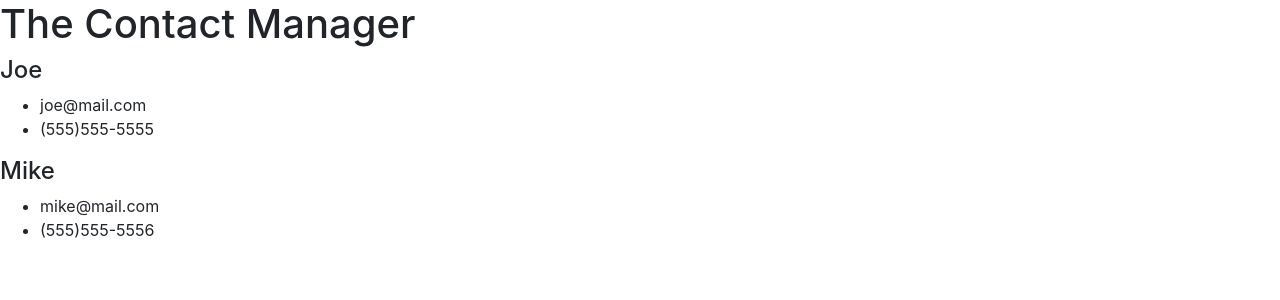
Repository: MikeTroianello/Contact-Manager
Page: /contact/add
These files come from the project's save history. The page is drawn as it stood at one moment and after a run of saves; the edit follows.
The browser window is 1280 px wide. The pictures show the whole page.
The project was rebuilt for these pictures with package versions that can differ from the ones it lists, and the page was loaded fresh each time. Also part of the build but not shown: src/App.css.

Above is the page before, as saved 2019-05-19 00:22:16.

### src/App.js
import React from "react";
import Contact from "./components/Contact";
import Header from "./components/Header";

import "bootstrap/dist/css/bootstrap.min.css";
import "./App.css";

function App() {
  return (
    <div className="App">
      <Header branding="The Contact Manager" />
      <Contact name="Joe" email="joe@mail.com" phone="(555)555-5555" />
      <Contact name="Mike" email="mike@mail.com" phone="(555)555-5556" />
    </div>
  );
}

export default App;

### src/components/Contact.js
import React, { Component } from "react";
import PropTypes from "prop-types";

class Contact extends Component {
  render() {
    const { name, email, phone } = this.props;
    return (
      <div>
        <h4>{name}</h4>
        <ul>
          <li>{email}</li>
          <li>{phone}</li>
        </ul>
      </div>
    );
  }
}

Contact.propTypes = {
  name: PropTypes.string.isRequired,
  email: PropTypes.string.isRequired,
  phone: PropTypes.string.isRequired
};

export default Contact;

### src/components/Header.js
import React from "react";
import PropTypes from "prop-types";

const Header = props => {
  const { branding } = props;
  return (
    <div>
      <h1>{branding}</h1>
    </div>
  );
};

Header.defaultProps = {
  branding: "My App"
};

Header.propTypes = {
  branding: PropTypes.string.isRequired
};

export default Header;

Loaded but not shown: src/index.js (common file); src/serviceWorker.js (common file)

After the next 2 saves:
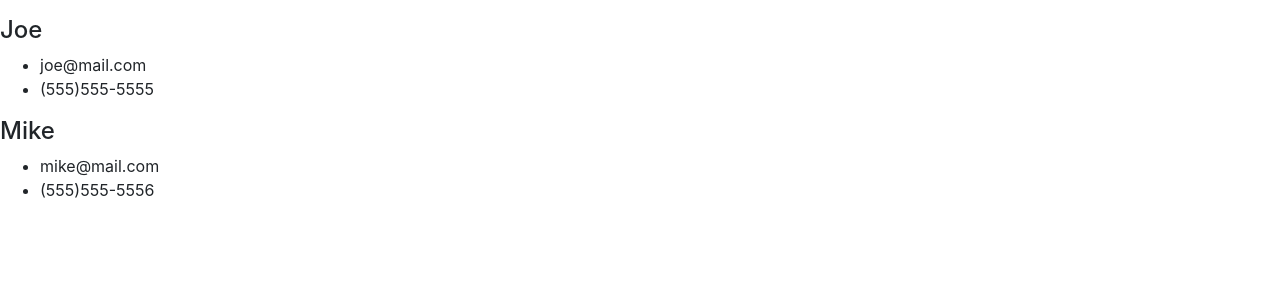
The 2 saves are shown as one change because 1 did not build or start.
The last was saved 2 min 12 s later.
--- a/src/components/Header.js
+++ b/src/components/Header.js
@@ -4,9 +4,7 @@ import PropTypes from "prop-types";
 const Header = props => {
   const { branding } = props;
   return (
-    <div>
-      <h1>{branding}</h1>
-    </div>
+    <nave className="navbar navbar-expand-sm navbar-dark bg-danger mb-3 py-0" />
   );
 };
 
